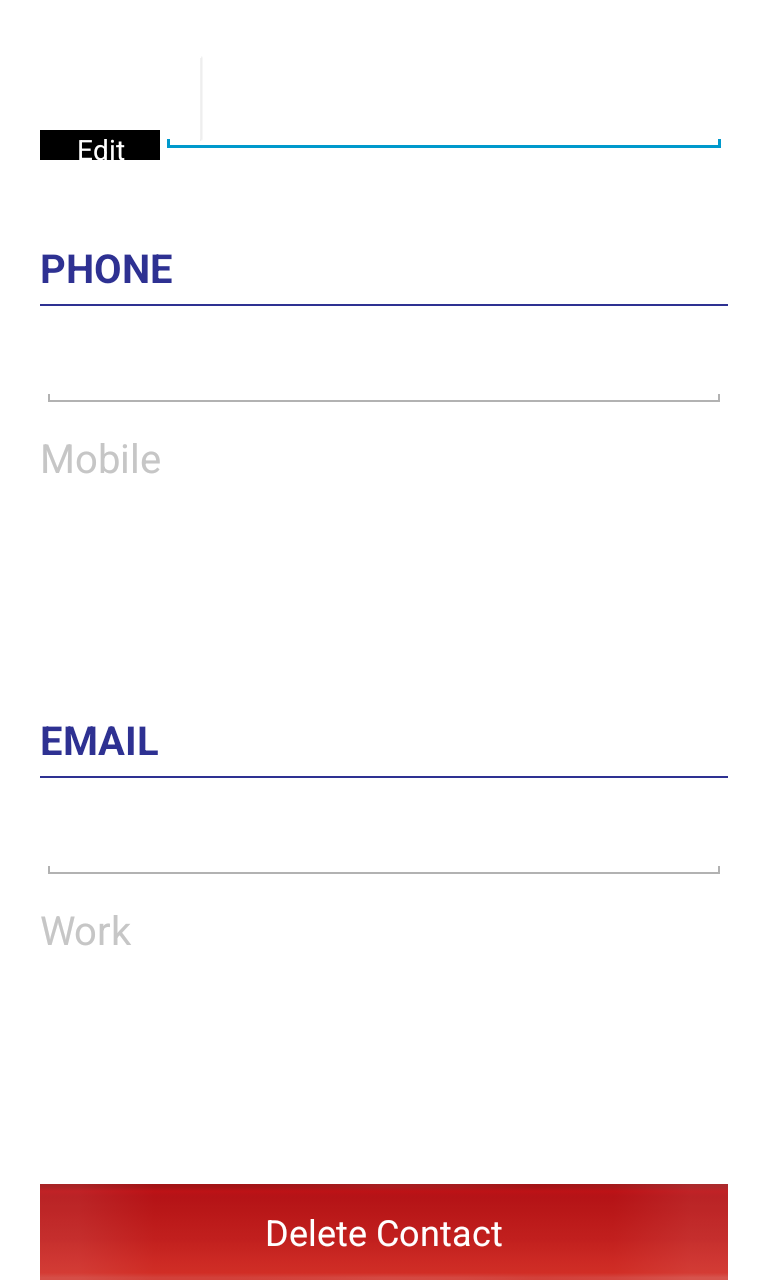
Repository: GitDidNotExitCleanly/FaceLabel
Layout: FaceLabel/res/layout/fragment_member_edit.xml
The author's editor kept a copy of each file at every save. The layout is drawn from the files as they stood at one save, then again after the next save.
It is drawn on a 768 x 1280 px phone screen (xhdpi) without system bars, with theme AppTheme; the app's code is not run.

Above is the layout before, as saved 2015-05-12 13:57:32.

### FaceLabel/res/layout/fragment_member_edit.xml
<LinearLayout xmlns:android="http://schemas.android.com/apk/res/android"
    xmlns:tools="http://schemas.android.com/tools"
    android:layout_width="match_parent"
    android:layout_height="match_parent"
    android:gravity="center"
    android:orientation="vertical"
    android:paddingLeft="20dp"
    android:paddingRight="20dp"
    tools:context="com.facelabel.contacts.member.MemberEditFragment" >

    <LinearLayout
        android:layout_width="match_parent"
        android:layout_height="wrap_content"
        android:layout_marginTop="20dp"
        android:layout_marginBottom="40dp"
        android:gravity="center" >

        <RelativeLayout
            android:layout_width="60dp"
            android:layout_height="60dp" >

            <ImageView
                android:id="@+id/activity_member_photo_edit"
                android:layout_width="60dp"
                android:layout_height="60dp"
                android:scaleType="fitXY" />

            <LinearLayout
                android:layout_width="match_parent"
                android:layout_height="15dp"
                android:layout_alignParentBottom="true"
                android:layout_centerHorizontal="true"
                android:background="#000"
                android:gravity="center" >

                <TextView
                    android:layout_width="wrap_content"
                    android:layout_height="wrap_content"
                    android:text="Edit"
   					android:layout_weight="1"
   					android:gravity="center"
                    android:textColor="#fff" />

            </LinearLayout>

        </RelativeLayout>

        <EditText
            android:id="@+id/activity_member_name_edit"
            android:layout_width="match_parent"
            android:layout_height="wrap_content"
            android:paddingLeft="20dp"
            android:textSize="30sp"
            android:layout_weight="1"
            android:ems="10"
            android:inputType="textPersonName" >

            <requestFocus />
        </EditText>

    </LinearLayout>


    <LinearLayout
        android:layout_width="match_parent"
        android:layout_height="wrap_content"
        android:layout_weight="1"
        android:orientation="vertical" >

        <TextView
            android:layout_width="wrap_content"
            android:layout_height="wrap_content"
            android:text="PHONE"
            android:textStyle="bold"
            android:textColor="#2E3192"
            android:textSize="20sp" />

       	<View
			android:layout_width="fill_parent"
			android:layout_height="1dp"
			android:layout_marginTop="5dp"
			android:layout_marginBottom="10dp"
			android:background="#2E3192"/>

       	<LinearLayout
       	    android:layout_width="match_parent"
       	    android:layout_height="0dp"
       	    android:layout_weight="1"
       	    android:orientation="vertical" >

				<EditText
				    android:id="@+id/activity_member_phone_edit"
				    android:layout_width="match_parent"
				    android:layout_height="wrap_content"
				    android:ems="10"
				    android:textSize="20sp"
				    android:inputType="phone" />

       		    <TextView
       		        android:layout_width="wrap_content"
       		        android:layout_height="wrap_content"
       		        android:layout_marginBottom="10dp"
       		        android:layout_marginTop="10dp"
       		        android:text="Mobile"
       		        android:textColor="#C6C6C6"
       		        android:textSize="20sp" />

       	</LinearLayout>

    </LinearLayout>

    <LinearLayout
        android:layout_width="match_parent"
        android:layout_height="wrap_content"
        android:layout_weight="1"
        android:orientation="vertical" >

        <TextView
            android:layout_width="wrap_content"
            android:layout_height="wrap_content"
            android:text="EMAIL"
            android:textStyle="bold"
            android:textColor="#2E3192"
            android:textSize="20sp" />

        <View
			android:layout_width="fill_parent"
			android:layout_height="1dp"
			android:layout_marginTop="5dp"
			android:layout_marginBottom="10dp"
			android:background="#2E3192"/>

       	<LinearLayout
            android:layout_width="match_parent"
            android:layout_height="wrap_content"
            android:orientation="vertical" >

       		<EditText
       		    android:id="@+id/activity_member_email_edit"
       		    android:layout_width="match_parent"
       		    android:layout_height="wrap_content"
       		    android:ems="10"
       		    android:textSize="20sp"
       		    android:inputType="textEmailAddress" />

            <TextView
                android:layout_width="wrap_content"
                android:layout_height="wrap_content"
                android:layout_marginTop="10dp"
                android:layout_marginBottom="10dp"
                android:textColor="#C6C6C6"
                android:text="Work"
                android:textSize="20sp" />

        </LinearLayout>

    </LinearLayout>

    <Button
        android:id="@+id/activity_member_delete"
        android:layout_width="match_parent"
        android:layout_height="wrap_content"
        android:layout_alignParentBottom="true"
        android:layout_centerHorizontal="true"
        android:background="@drawable/delete_button_effect"
        android:text="Delete Contact"
        android:textColor="#fff" />

</LinearLayout>

### FaceLabel/res/values/styles.xml
<resources>

    <!--
        Base application theme, dependent on API level. This theme is replaced
        by AppBaseTheme from res/values-vXX/styles.xml on newer devices.
    -->
    <style name="AppBaseTheme" parent="android:Theme.Light">
        <!--
            Theme customizations available in newer API levels can go in
            res/values-vXX/styles.xml, while customizations related to
            backward-compatibility can go here.
        -->
    </style>

    <!-- Application theme. -->
    <style name="AppTheme" parent="AppBaseTheme">
        <!-- All customizations that are NOT specific to a particular API-level can go here. -->
    </style>

    <style name="PopupMenuAnimation" parent="android:Animation">
        <item name="android:windowEnterAnimation">@anim/slide_up_dialog</item>
        <item name="android:windowExitAnimation">@anim/slide_out_down</item>
	</style>

</resources>

### FaceLabel/res/drawable-mdpi/delete_button_effect.xml
<?xml version="1.0" encoding="utf-8"?>
<selector xmlns:android="http://schemas.android.com/apk/res/android" >
    <item android:state_pressed="false" android:drawable="@drawable/button_delete" />
    <item android:state_pressed="true" android:drawable="@drawable/button_delete_pressed" />
    <item android:drawable="@drawable/button_delete" />
</selector>

Loaded but not shown: FaceLabel/res/values-v11/styles.xml (common file); FaceLabel/res/values-v14/styles.xml (common file)

After the next save:
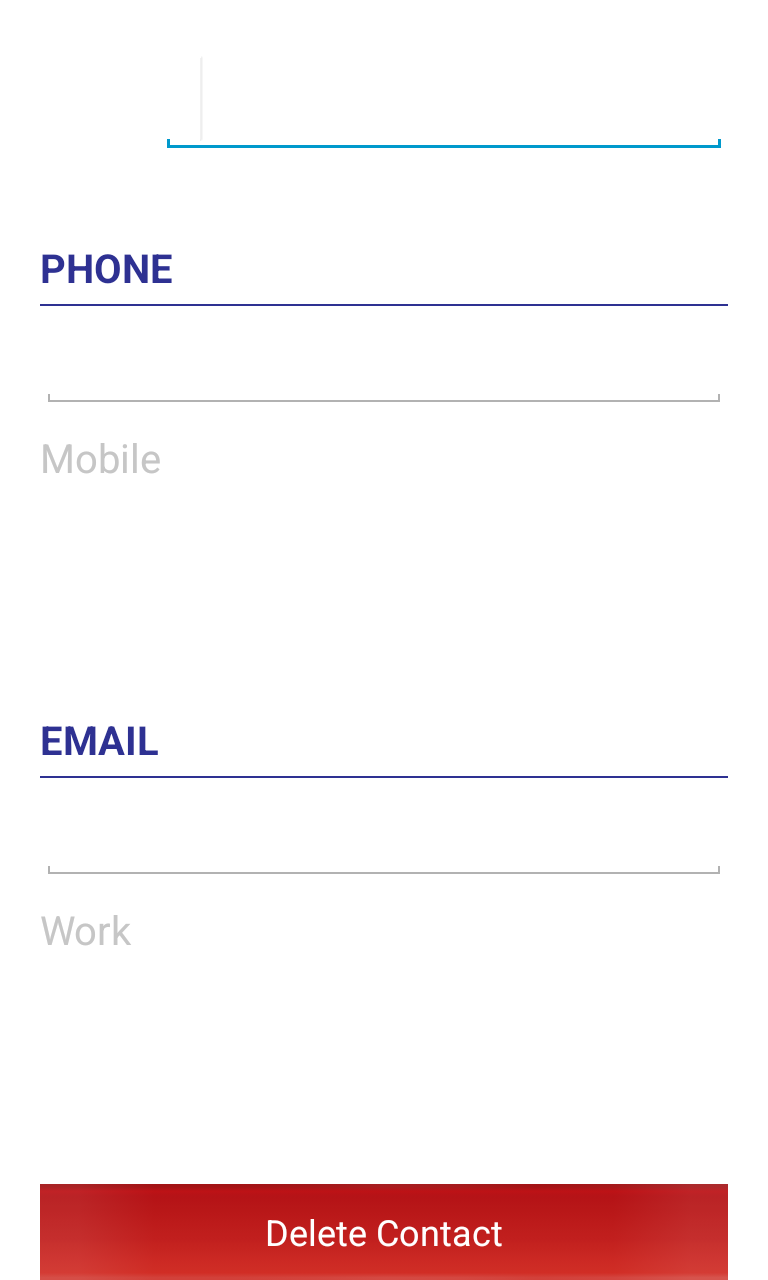
Saved 2 min 13 s later.
--- a/FaceLabel/res/layout/fragment_member_edit.xml
+++ b/FaceLabel/res/layout/fragment_member_edit.xml
@@ -15,35 +15,11 @@
         android:layout_marginBottom="40dp"
         android:gravity="center" >
 
-        <RelativeLayout
-            android:layout_width="60dp"
-            android:layout_height="60dp" >
-
-            <ImageView
-                android:id="@+id/activity_member_photo_edit"
-                android:layout_width="60dp"
-                android:layout_height="60dp"
-                android:scaleType="fitXY" />
-
-            <LinearLayout
-                android:layout_width="match_parent"
-                android:layout_height="15dp"
-                android:layout_alignParentBottom="true"
-                android:layout_centerHorizontal="true"
-                android:background="#000"
-                android:gravity="center" >
-
-                <TextView
-                    android:layout_width="wrap_content"
-                    android:layout_height="wrap_content"
-                    android:text="Edit"
-   					android:layout_weight="1"
-   					android:gravity="center"
-                    android:textColor="#fff" />
-
-            </LinearLayout>
-
-        </RelativeLayout>
+ 		<ImageView
+     		android:id="@+id/activity_member_photo_edit"
+        	android:layout_width="60dp"
+        	android:layout_height="60dp"
+       		android:scaleType="fitXY" />
 
         <EditText
             android:id="@+id/activity_member_name_edit"
@@ -59,7 +35,6 @@
         </EditText>
 
     </LinearLayout>
-
 
     <LinearLayout
         android:layout_width="match_parent"
